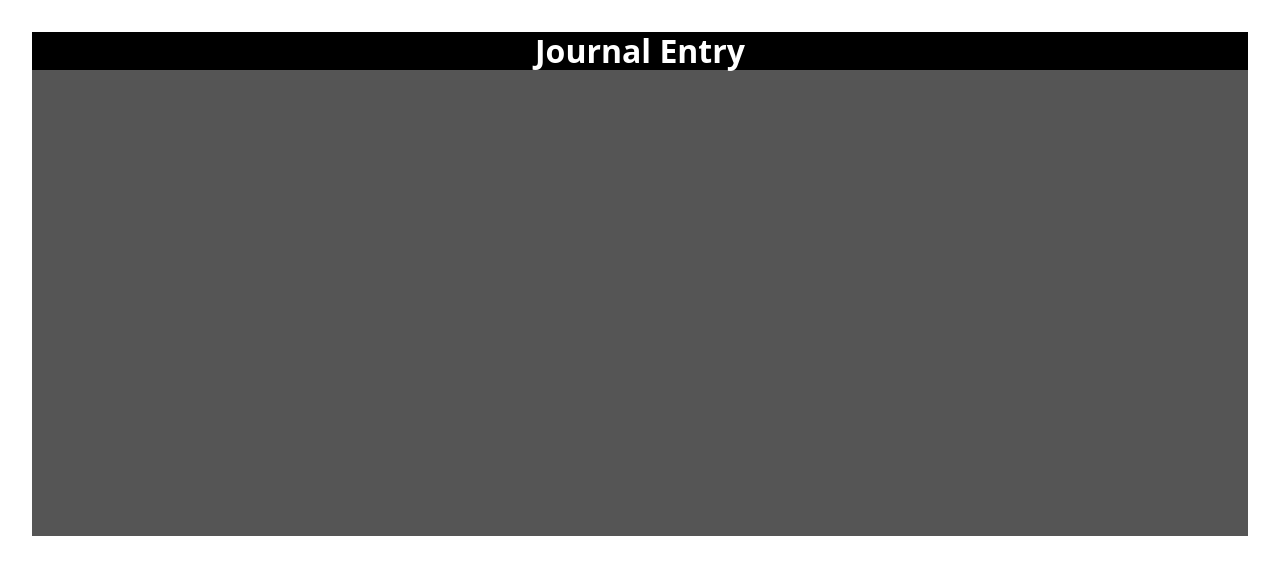
Repository: kestermbah/ai-journal
Page: /
An editor plug-in stored every save of this project. The page is shown before and after the next save, followed by the edit.
The browser window is 1280 px wide. The pictures show the whole page.
The project was rebuilt for these pictures with package versions that can differ from the ones it lists, and the page was loaded fresh each time. Also part of the build but not shown: vite.config.ts, src/index.css.

Above is the page before, as saved 2024-12-24 20:43:12.

### src/App.tsx
import "./App.css";
import "bootstrap/dist/css/bootstrap.min.css";
import Journal from "./components/Journal";

function App() {
  return (
    <div>
      <Journal />
    </div>
  );
}

export default App;

### src/components/Journal.tsx
import "./Journal.css";

const Journal = () => {
  return (
    <div className="Journal">
      <h1 className="Title">Journal Entry</h1>
    </div>
  );
};
export default Journal;

### src/components/Journal.css
.Title{
    color : white;
    font-size: 2rem;
    font-weight: bold;
    margin-bottom: 1rem;
    background-color: black;
}

.Journal {
    min-height: 70vh;
    background-color: rgba(0, 0, 0, 0.665);
}

Loaded but not shown: index.html (common file); src/main.tsx (common file); src/App.css (common file)

After the next save:
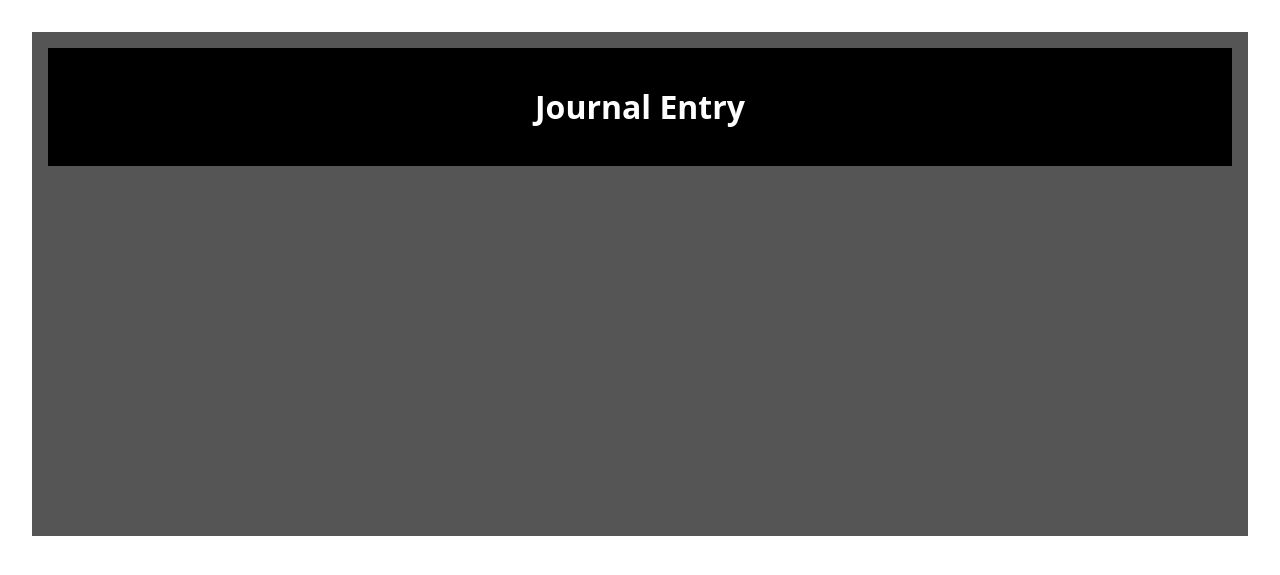
Saved 50 s later.
--- a/src/components/Journal.css
+++ b/src/components/Journal.css
@@ -4,9 +4,11 @@
     font-weight: bold;
     margin-bottom: 1rem;
     background-color: black;
+    padding: 40px;
 }
 
 .Journal {
     min-height: 70vh;
     background-color: rgba(0, 0, 0, 0.665);
+    padding: 1rem;
 }
